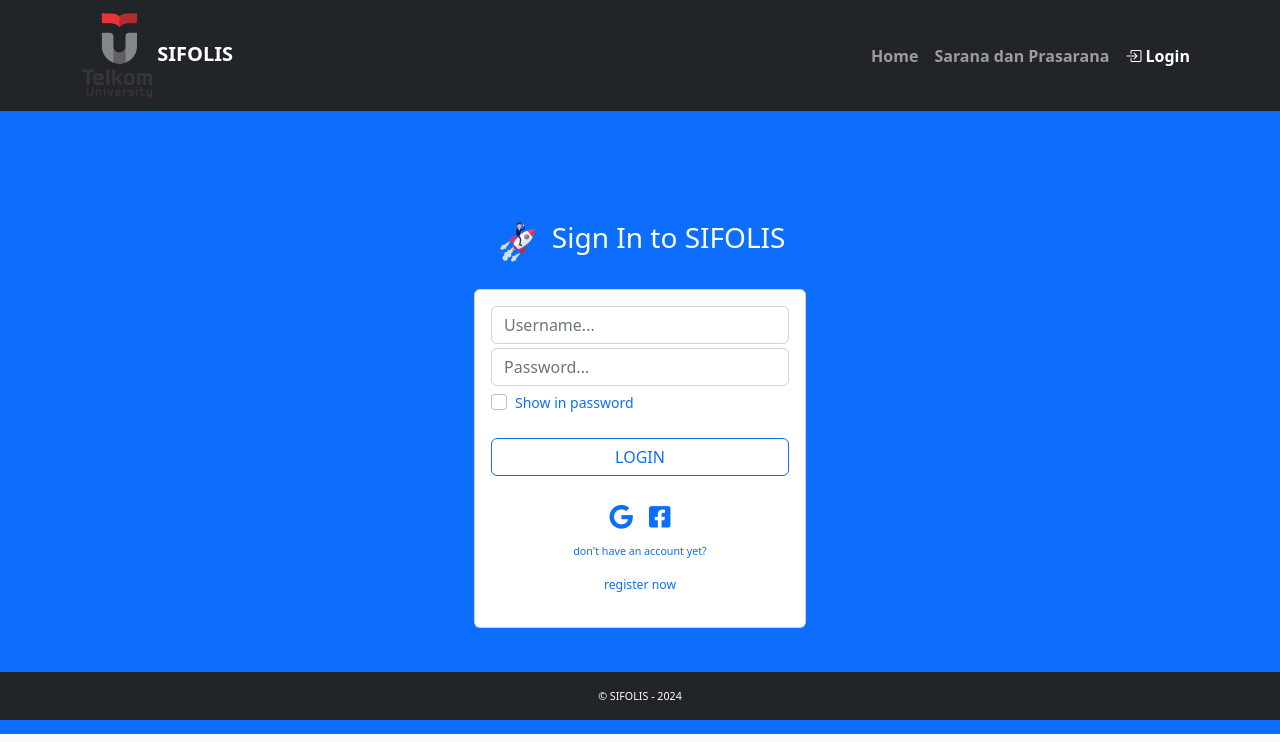
Repository: Audi87/uas_framework
Page: http://localhost/login
An editor plug-in stored every save of this project. The page is shown before and after the next save, followed by the edit.
The browser window is 1280 px wide. The pictures show the whole page.
Some web libraries are served in a nearby version. The page is served by the project's Laravel application, run on PHP 8.4 with Laravel 10.

Above is the page before, as saved 2024-06-13 20:29:47.

After the next save:
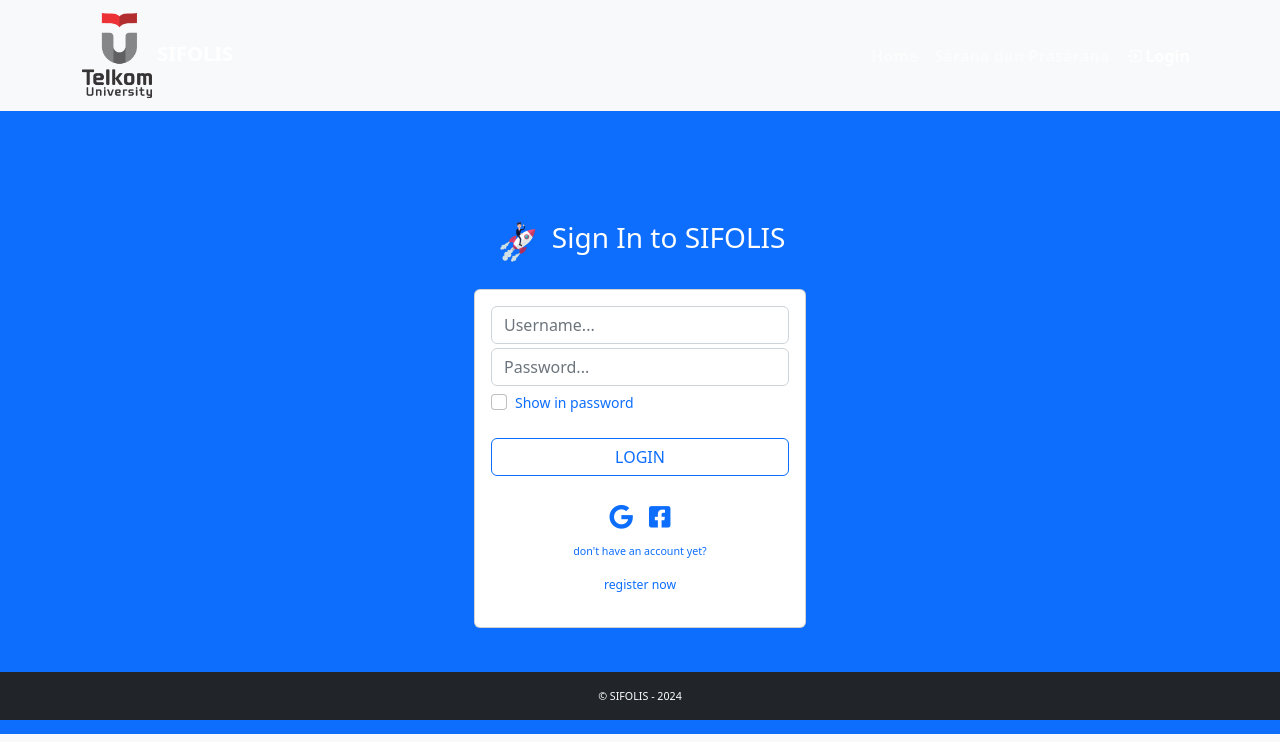
Saved 22 s later.
--- a/resources/views/navbar/navbar.blade.php
+++ b/resources/views/navbar/navbar.blade.php
@@ -1,5 +1,5 @@
 {{-- Navbar --}}
-<nav class="navbar navbar-expand-lg bg-dark navbar-dark">
+<nav class="navbar navbar-expand-lg bg-LIGHT navbar-dark">
     <div class="container">
         <a class="navbar-brand" href="/"><img src="img/logo.png" width="70" alt="" data-aos="flip-left"
                 data-aos-duration="2000"> SIFOLIS </a>
